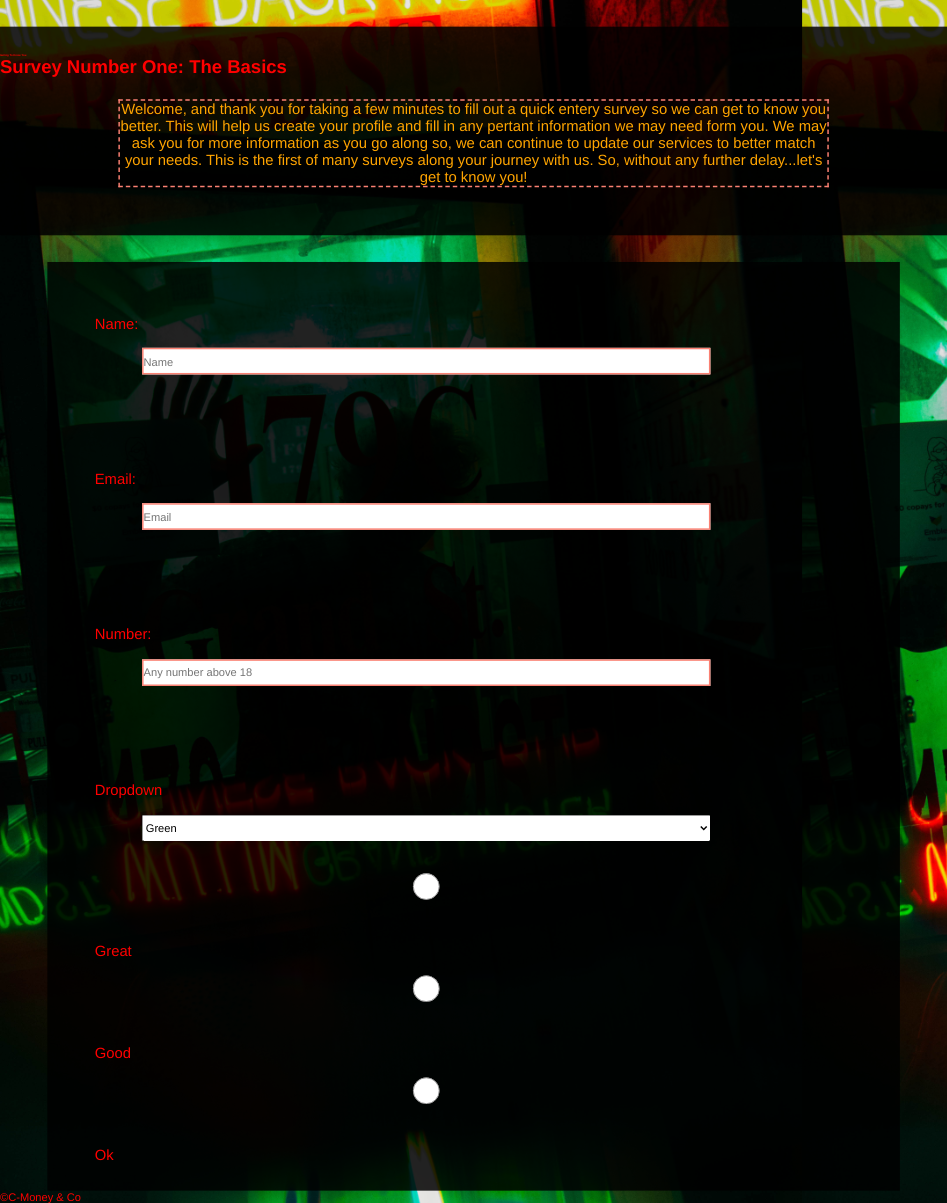
Repository: ctcoleman/surveyForm
Page: index.html
The author's editor kept a copy of each file at every save. The page is drawn from the files as they stood at one save, then again after a run of saves.
The browser window is 1280 px wide. The pictures show the whole page, at 74% of full size.

Above is the page before, as saved 2020-06-26 18:31:54.
Console error: TypeError: Cannot read properties of null (reading 'addEventListener')

### index.html
<!DOCTYPE html>
<html lang="en">

<!-- Head -->

<head>
  <meta name="description" content="Survey Form Example Project">
  <meta name="author" content="Christopher Coleman">
  <meta name="title" content="Survey Form Project">
  <meta name="keywords" content="Survey, Forms, HTML, CSS, Example, Project" <meta name="viewport"
    content="width=device-width, initial-scale=1.0">
  <meta charset="UTF-8">
  <link rel="stylesheet" type="text/css" href="/assets/stylesheets/index.css">
  <title>Survey Form Project</title>
</head>

<!-- Body -->

<body>


  <!-- Main Content-->
  <main id="main">

    <!-- Header -->
    <header id="titleHeading" class="heading">
      <h1 id="title">Gettng To Know You</h1>
      <h2>Survey Number One: The Basics</h2>
      <section class="descriptionSection">
        <p id="description">Welcome, and thank you for taking a few minutes to fill out a quick entery survey so we can get to know you better. This will help us create your profile and fill in any pertant information we may need form you. We may ask you for more information as you go along so, we can continue to update our services to better match your needs. This is the first of many surveys along your journey with us. So, without any further delay...let's get to know you!</p>
      </section>
    </header>

    <!-- Survey Form -->
    <form id="survey-form" class="formWrapper" action="#" method="post">
      <!-- Name -->
      <div class="formEntery nameEntery">
        <label for="name-label">Name:</label>
        <input type="text" id="name" name="user_name" placeholder="Name" required>
      </div>
      <!-- E-Mail -->
      <div class="formEntery emailEntery">
        <label for="email-label">Email:</label>
        <input type="email" id="email" name="user_email" placeholder="Email" required>
      </div>
      <!-- Number -->
      <div class="formEntery numberEntery">
        <label for="number-label">Number:</label>
        <input type="number" id="number" placeholder="Any number above 18" min="18" max="150">
      </div>
      <!-- Dropdown -->
      <div class="formEntery dropdownEntery">
        <label for="dropdown-label">Dropdown</label>
        <select type="dropdown" id="dropdown" placeholder="Select from the following" required>
          <option value="Green">Green</option>
          <option value="Blue">Blue</option>
          <option value="Red">Red</option>
          <option value="Yellow">Yellow</option>
          <option value="Salmon">Salmon</option>
          <option value="Purple">Purple</option>
      </div>
      <!-- Radio Buttons -->
      <div class="formEntery radioButtons">

        <input class="radio" type="radio" id="radioGreat" name="radio" value="Great">
        <label for="radioGreat">Great</label>

        <input class="radio" type="radio" id="radioGood" name="radio" value="Good">
        <label for="radioGood">Good</label>

        <input class="radio" type="radio" id="radioOk" name="radio" value="Ok">
        <label for="radioOk">Ok</label>

      </div>
    </form>

    <!-- Footer -->
    <footer>
      <p>&copy;C-Money & Co</p>
    </footer>
  </main>

  <script>
    const btn = document.querySelector('button');
    const txt = document.querySelector('p')

    btn.addEventListener('click', updateBtn);

    function updateBtn() {
      if (btn.textContent === 'I am a button') {
        btn.textContent = 'I am a new button';
        txt.textContent = 'New Lorem Ipsum';
      } else {
        btn.textContent = 'I am a button';
        txt.textContent = 'Lorem Ipsum'
      }
    }
  </script>
  <script>url('https://cdn.freecodecamp.org/testable-projects-fcc/v1/bundle.js')</script>
</body>

</html>

### assets/stylesheets/index.css
/*
=== Basic Styling ===
*/

* {
  margin: 0;
  padding: 0;
  outline: 0;
  box-sizing: border-box;
  font-size: 62.5%
}

body {
 background-image: url('/assets/images/juan-ordonez--DPOuSLaO34-unsplash.jpg');
 background-size: contain;
 color: red;
 -webkit-font-smoothing: antialiased;
}

body, label, select, p, a, input, button, option {
  font-size: 1.5rem;
  font-family: 'Helvetica';
}

 {
  font-size: 4rem;
  text-align: center;
}

h2 {
  font-size: 2.5rem;
}

button {
 cursor: pointer;
}

/*
=== Header Styling ===
*/

header {
  margin: 5vh 0;
  padding: 5vh 0;
  background: rgba(0, 0, 0, 0.849);
  width: 100vw;
}


/*
=== Description Styling ===
*/

#description {
  font-size: 2rem;
  text-align: center;
  width: 75vw;
  margin: 4vh 12.5vw;
  border: 2px dashed salmon;
  color: orange;
}

/*
=== Form Styling ===
*/

#survey-form {
  display: flex;
  flex-direction: column;
  align-items: flex-end;
  justify-content: space-around;
  background: rgba(0, 0, 0, 0.849);
  margin: 0 5vw;
}

.formWrapper .formEntery {
  margin: 5vh 0;
  display: flex;
  flex-direction: column;
  align-items: center;
}

.formEntery label {
  font-size: 2rem;
  margin: 5vh 15vw 0;
  align-self: flex-start;
}

.formEntery input {
  width: 60vw;
  margin: 3vh 20vw;
  height: 5vh;
  border: 2px solid salmon;
}

.formEntery select {
  width: 60vw;
  margin: 3vh 20vw;
  height: 5vh;
}

After the next 2 saves:
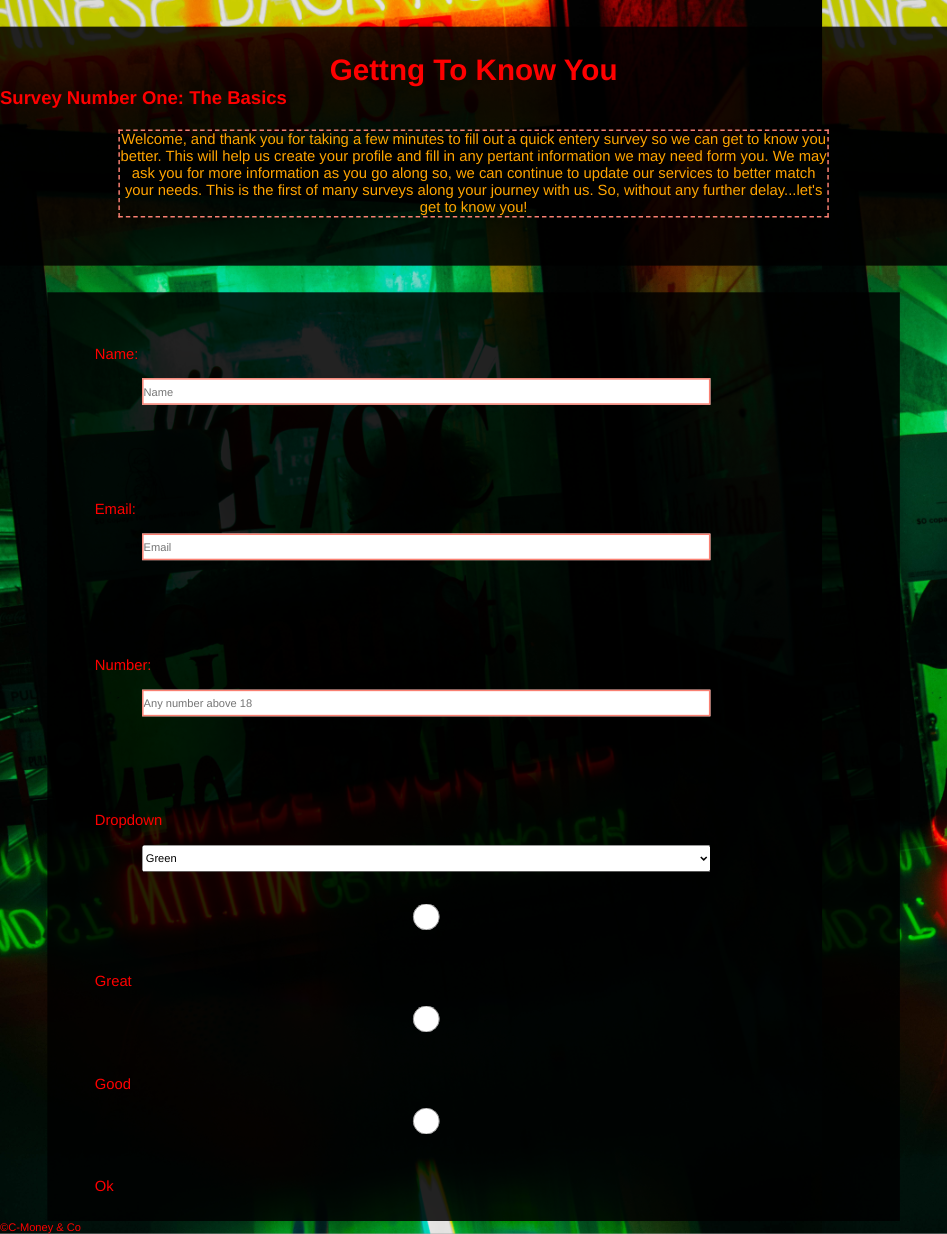
The 2 saves are shown as one change because they came seconds apart.
The last was saved 4 s later.
--- a/assets/stylesheets/index.css
+++ b/assets/stylesheets/index.css
@@ -22,7 +22,7 @@ body, label, select, p, a, input, button, option {
   font-family: 'Helvetica';
 }
 
- {
+h1 {
   font-size: 4rem;
   text-align: center;
 }
